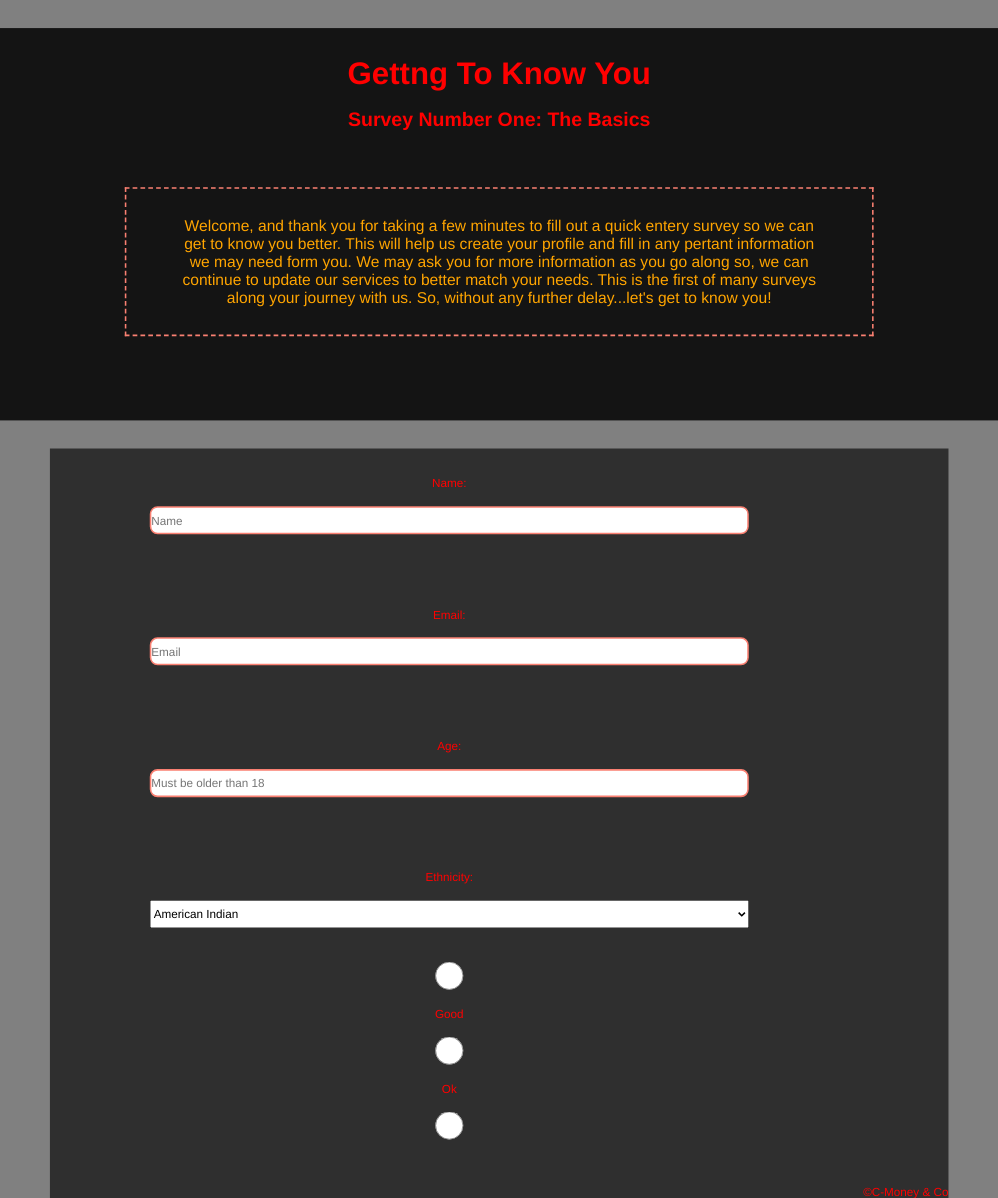
Repository: ctcoleman/surveyForm
Page: index.html
These files come from the project's save history. The page is drawn as it stood at one moment and after a run of saves; the edit follows.
The browser window is 1280 px wide. The pictures show the whole page, at 78% of full size.

Above is the page before, as saved 2020-06-28 21:24:38.
Console error: TypeError: Cannot read properties of null (reading 'addEventListener')

### index.html
<!DOCTYPE html>
<html lang="en">

<!-- Head -->

<head>
  <meta name="description" content="Survey Form Example Project">
  <meta name="author" content="Christopher Coleman">
  <meta name="title" content="Survey Form Project">
  <meta name="keywords" content="Survey, Forms, HTML, CSS, Example, Project" <meta name="viewport"
    content="width=device-width, initial-scale=1.0">
  <meta charset="UTF-8">
  <link rel="stylesheet" type="text/css" href="/assets/stylesheets/index.css">
  <title>Survey Form Project</title>
</head>

<!-- Body -->

<body>


  <!-- Main Content-->
  <main id="main">

    <!-- Header -->
    <header id="titleHeading" class="heading">
      <h1 id="title">Gettng To Know You</h1>
      <h2>Survey Number One: The Basics</h2>
      <section class="descriptionSection">
        <p id="description">Welcome, and thank you for taking a few minutes to fill out a quick entery survey so we can
          get to know you better. This will help us create your profile and fill in any pertant information we may need
          form you. We may ask you for more information as you go along so, we can continue to update our services to
          better match your needs. This is the first of many surveys along your journey with us. So, without any further
          delay...let's get to know you!</p>
      </section>
    </header>

    <!-- Survey Form -->
    <form id="survey-form" class="formWrapper" action="#" method="post">
      <!-- Name -->
      <div class="formEntery nameEntery">
        <label for="name-label">Name:</label>
        <input type="text" id="name" name="user_name" placeholder="Name" required>
      </div>
      <!-- E-Mail -->
      <div class="formEntery emailEntery">
        <label for="email-label">Email:</label>
        <input type="email" id="email" name="user_email" placeholder="Email" required>
      </div>
      <!-- Number -->
      <div class="formEntery numberEntery">
        <label for="number-label">Age:</label>
        <input type="number" id="number" placeholder="Must be older than 18" min="18" max="150">
      </div>
      <!-- Dropdown -->
      <div id="dropDownEntery" class="formEntery">
        <label for="dropdown-label">Ethnicity:</label>
        <select type="dropdown" id="dropdown" placeholder="Select from the following" required>
          <option value="americanIndian">American Indian</option>
          <option value="asian">Asian</option>
          <option value="africanAmerican">African American</option>
          <option value="hispanic">Hispanic</option>
          <option value="pacificIslander">Pacific Islander</option>
          <option value="white">White</option>
      </div>
      <!-- Radio Buttons -->
      <div id="radioButtons" class="formEntery radioButtons">

        <label for="radioGreat">Great</label>
        <input class="radio" type="radio" id="radioGreat" name="radio" value="Great">

        <label for="radioGood">Good</label>
        <input class="radio" type="radio" id="radioGood" name="radio" value="Good">

        <label for="radioOk">Ok</label>
        <input class="radio" type="radio" id="radioOk" name="radio" value="Ok">

      </div>

      <div id="checkbox"
    </form>

    <!-- Footer -->
    <footer>
      <p>&copy;C-Money & Co</p>
    </footer>
  </main>

  <script>
    const btn = document.querySelector('button');
    const txt = document.querySelector('p')

    btn.addEventListener('click', updateBtn);

    function updateBtn() {
      if (btn.textContent === 'I am a button') {
        btn.textContent = 'I am a new button';
        txt.textContent = 'New Lorem Ipsum';
      } else {
        btn.textContent = 'I am a button';
        txt.textContent = 'Lorem Ipsum'
      }
    }
  </script>
  <script>url('https://cdn.freecodecamp.org/testable-projects-fcc/v1/bundle.js')</script>
</body>

</html>

### assets/stylesheets/index.css
/*
=== Basic Styling ===
*/

* {
  margin: 0;
  padding: 0;
  outline: 0;
  box-sizing: border-box;
  font-size: 62.5%
}

body {
 background: grey;
 background-size: contain;
 color: red;
 -webkit-font-smoothing: antialiased;
}

body, label, select, p, a, input, button, option {
  font-size: 1.5rem;
  font-family: 'Helvetica';
}

h1 {
  font-size: 4rem;
  text-align: center;
}

h2 {
  font-size: 2.5rem;
  text-align: center;
}

button {
 cursor: pointer;
}

/*
=== Header Styling ===
*/

header {
  margin: 5vh 0;
  padding: 5vh 0;
  background: rgba(0, 0, 0, 0.849);
  width: 100vw;
}
#title {
  margin-bottom: 3vh;
}
#description {
  font-size: 2rem;
  text-align: center;
  width: 75vw;
  margin: 10vh 12.5vw;
  padding: 5vh 5vw;
  border: 2px dashed salmon;
  color: orange;
}

/*
=== Form Styling ===
*/

#survey-form {
  display: flex;
  flex-direction: column;
  align-items: flex-end;
  justify-content: space-around;
  margin: 0 5vw;
  background: rgba(0, 0, 0, 0.637);
}

.formWrapper .formEntery {
  margin: 5vh 0;
  width: 100vw;
  display: flex;
  flex-direction: column;
  align-items: center;
}

.formEntery input {
  width: 60vw;
  margin: 3vh 20vw;
  height: 5vh;
  border: 2px solid salmon;
  border-radius: 10px;
}

.formEntery select {
  width: 60vw;
  margin: 3vh 20vw;
  height: 5vh;
}

After the next 3 saves:
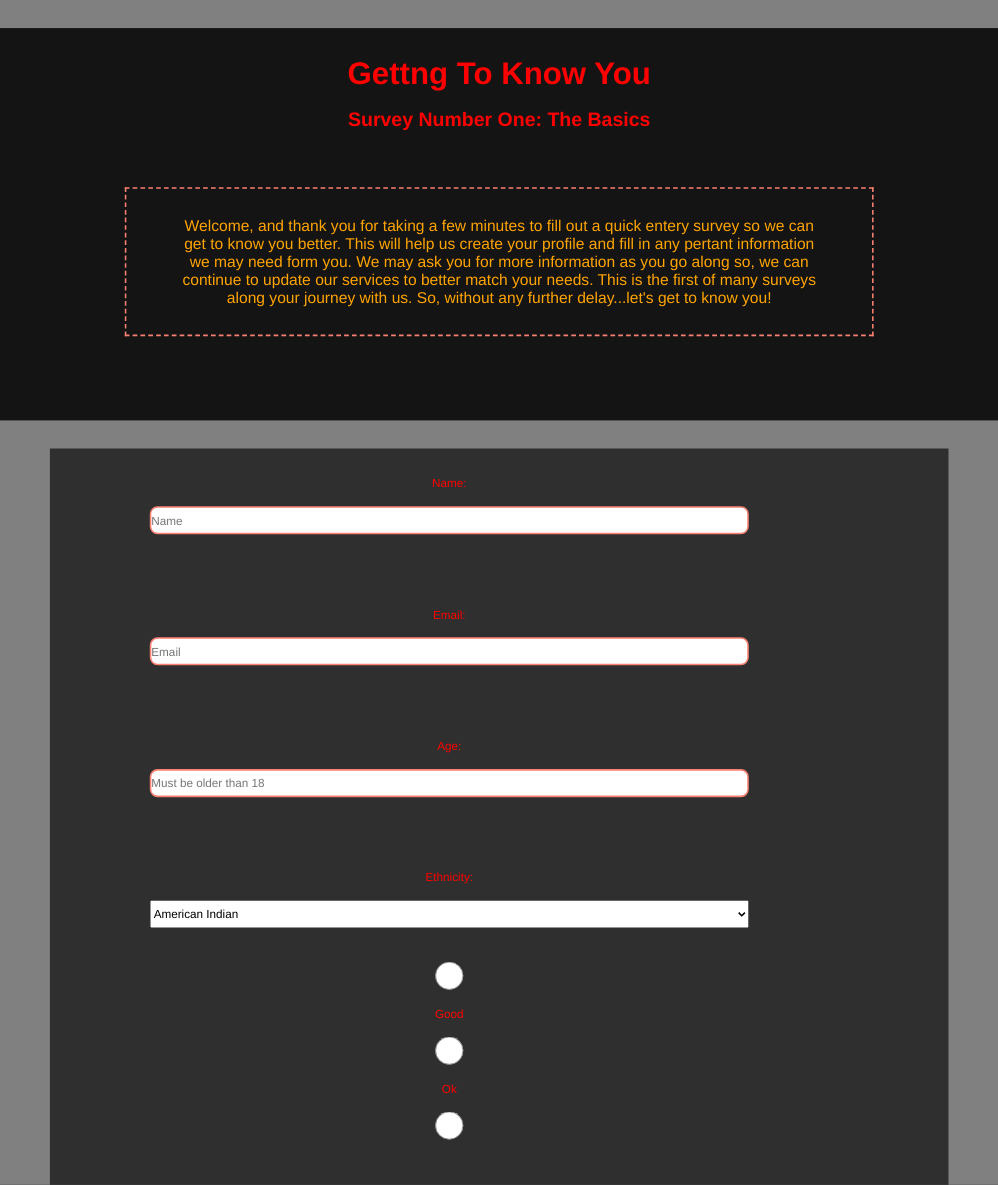
The error is gone.
The 3 saves are shown as one change because they came seconds apart.
The last was saved 12 s later.
--- a/index.html
+++ b/index.html
@@ -77,7 +77,7 @@
 
       </div>
 
-      <div id="checkbox"
+      <div id="checkbox
     </form>
 
     <!-- Footer -->
